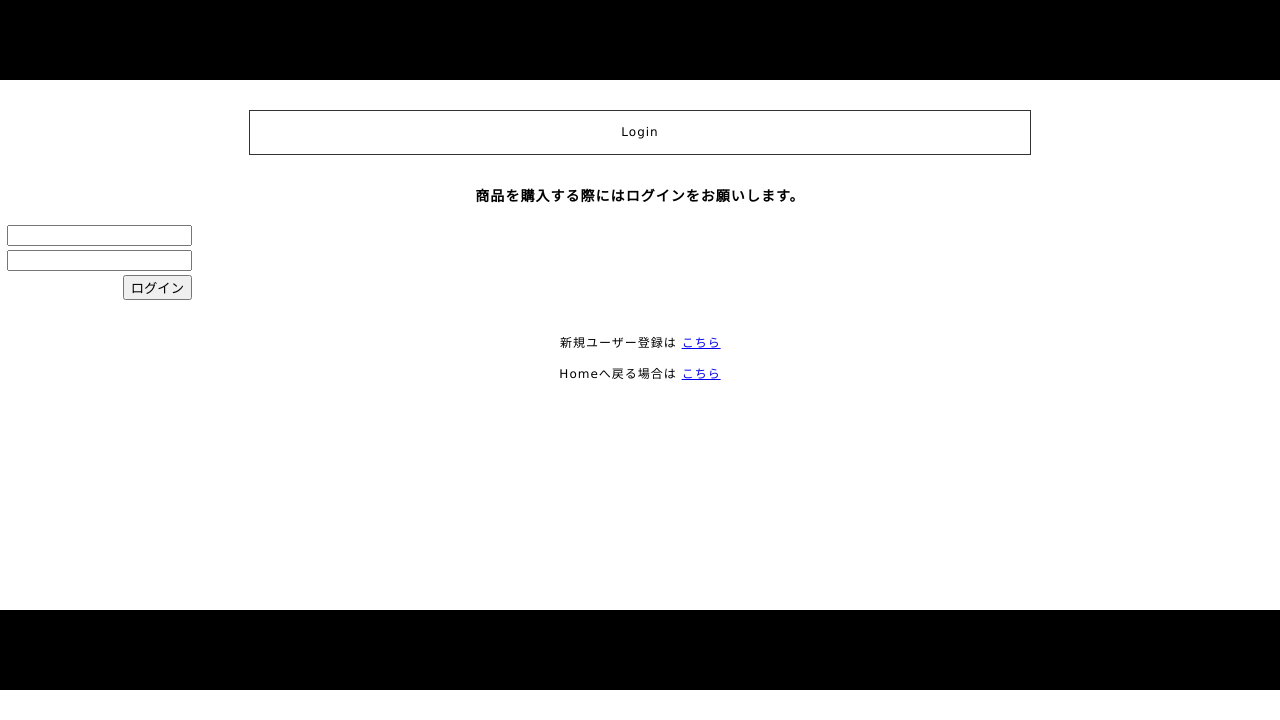
Repository: Numanaka/test
Page: http://localhost/ecsite/login.jsp
An editor plug-in stored every save of this project. The page is shown before and after the next save, followed by the edit.
The browser window is 1280 px wide. The pictures show the whole page.
The page is served by Tomcat 9. Other server files are loaded and not shown.

Above is the page before, as saved 2019-07-10 04:07:44.

### ecsite/WebContent/login.jsp
<%@ page language="java" contentType="text/html; charset=UTF-8"
    pageEncoding="UTF-8"%>
<%@ taglib prefix="s" uri="/struts-tags" %>
<!DOCTYPE html>
<html>
<head>
<meta http-equiv="Content-Type" content="text/html; charset=UTF-8">
<meta http-equiv="Content-Style-Type" content="text/css"/>
<meta http-equiv="Content-Script-Type" content="text/javascript"/>
<meta http-equiv="imagetoolbar" content="no"/>
<meta name="description" content=""/>
<meta name="keywords" content=""/>

<title>ログイン画面</title>

<style type="text/css">
/*======TAG LAYOUT========*/

body{
	margin:0;
	padding:0;
	line-height:1.6;
	letter-spacing:1px;
	font-family:Verdana,Hervetica,sans-serif;
	font-size:12px;
	color;#333;
	baclground:#fff;
}

table{
	text-align:centerl
	margin:0 auto;
}

/*=====ID LAYOUT======*/

#top{
	width:780px;
	margin:30px auto;
	border:1px solid #333;
}

#header{
	width:100%;
	height:80px;
	background-color:black;
}

#main{
	width:100%;
	height:500px;
	text-align:center;
}

#footer{
	width:100%;
	height:80px;
	background-color:black;
	clear:both;
}

#text-link{
	display:inline-block;
	text-align:right;
}

</style>
</head>
<body>

<div id="header">
	<div id="pr"></div>
</div>

<div id="main">
	<div id="top">
		<p>Login</p>
	</div>
	<div>
		<h3>商品を購入する際にはログインをお願いします。</h3>
		<s:form action="LoginAction">
			<s:textfield name="loginUserId"/>
			<s:password name="loginPassword"/>
			<s:submit value="ログイン"/>
		</s:form>
		<br/>

		<div id="text-link">
			<p>新規ユーザー登録は
				<a href='<s:url action="UserCreateAction"/>'>こちら</a></p>

			<p>Homeへ戻る場合は
				<a href='<s:url action="GoHomeAction"/>'>こちら</a></p>
		</div>
	</div>
</div>

<div id="footer">
	<div id="pr"></div>
</div>

</body>
</html>

After the next save:
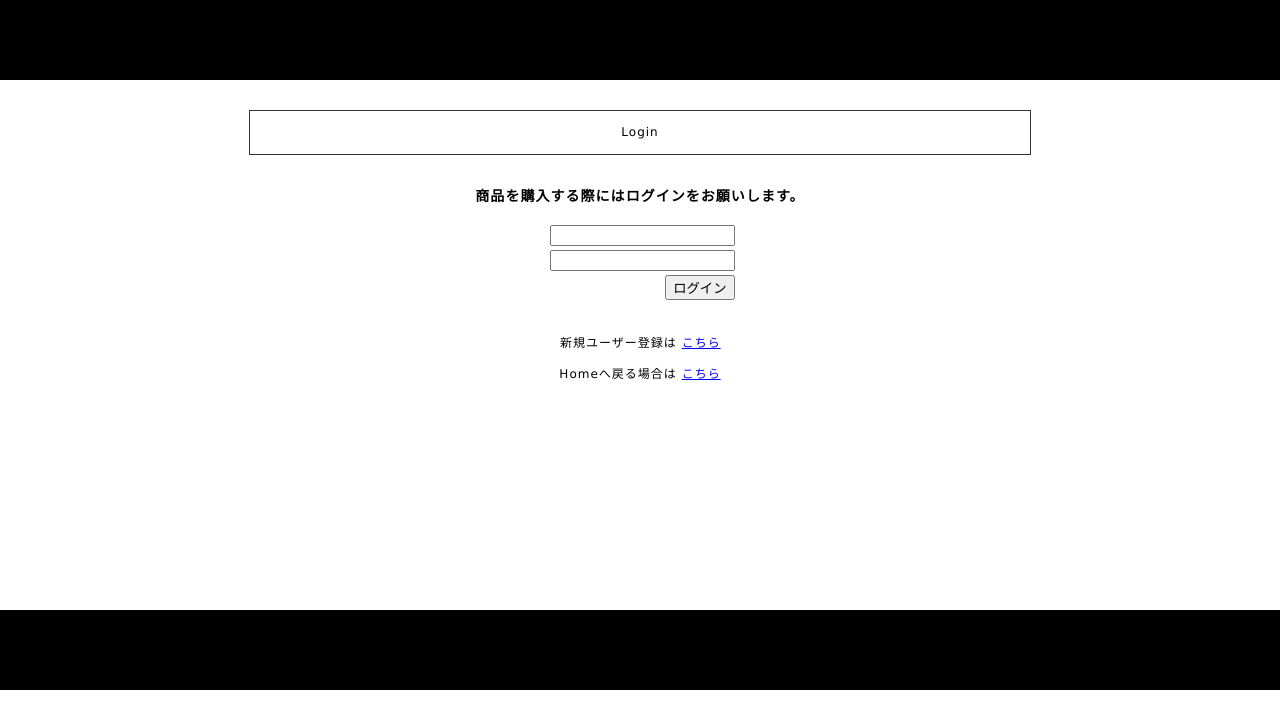
Saved 3 min 43 s later.
--- a/ecsite/WebContent/login.jsp
+++ b/ecsite/WebContent/login.jsp
@@ -28,7 +28,7 @@
 }
 
 table{
-	text-align:centerl
+	text-align:center;
 	margin:0 auto;
 }
 
